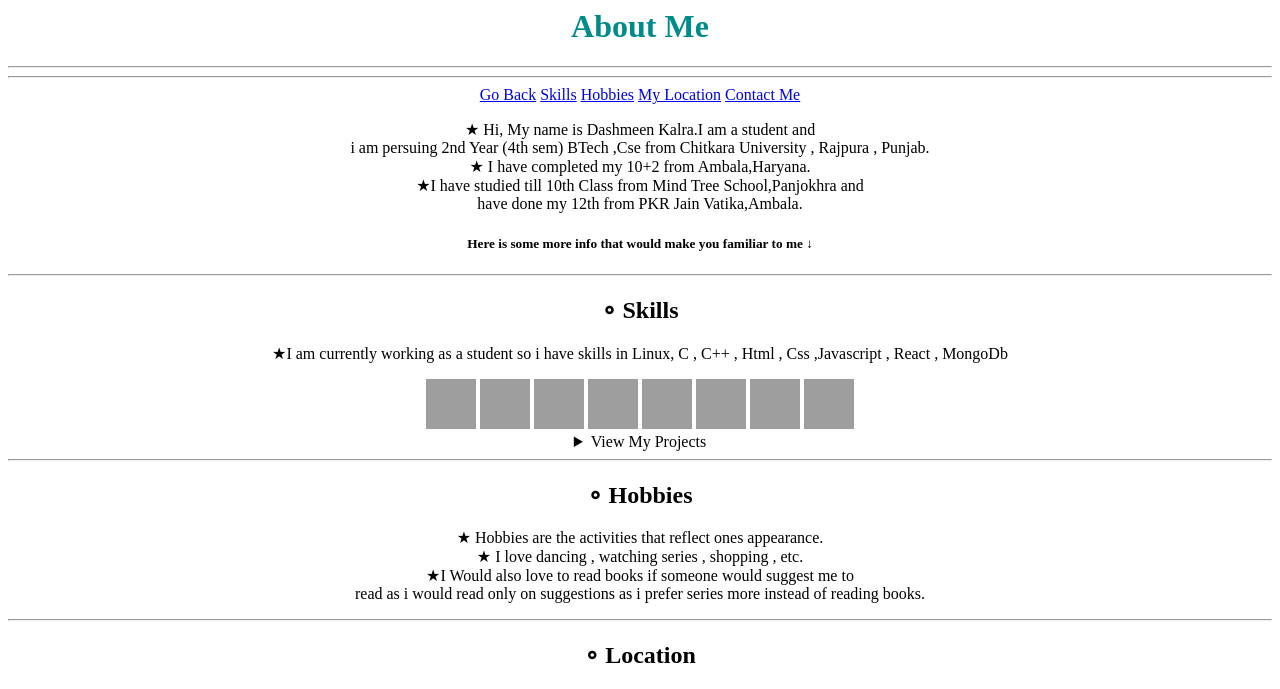
Repository: dashmeenkalra/dashmeen_kalra
Page: first.html
The author's editor kept a copy of each file at every save. The page is drawn from the files as they stood at one save, then again after the next save.
The browser window is 1280 px wide. The pictures show the part of the page from y = 0 to 689 px (the page is 1207 px tall).
Pictures or frames that could not be fetched are drawn as grey boxes.

Above is the page before, as saved 2023-02-22 20:24:38.

After the next save:
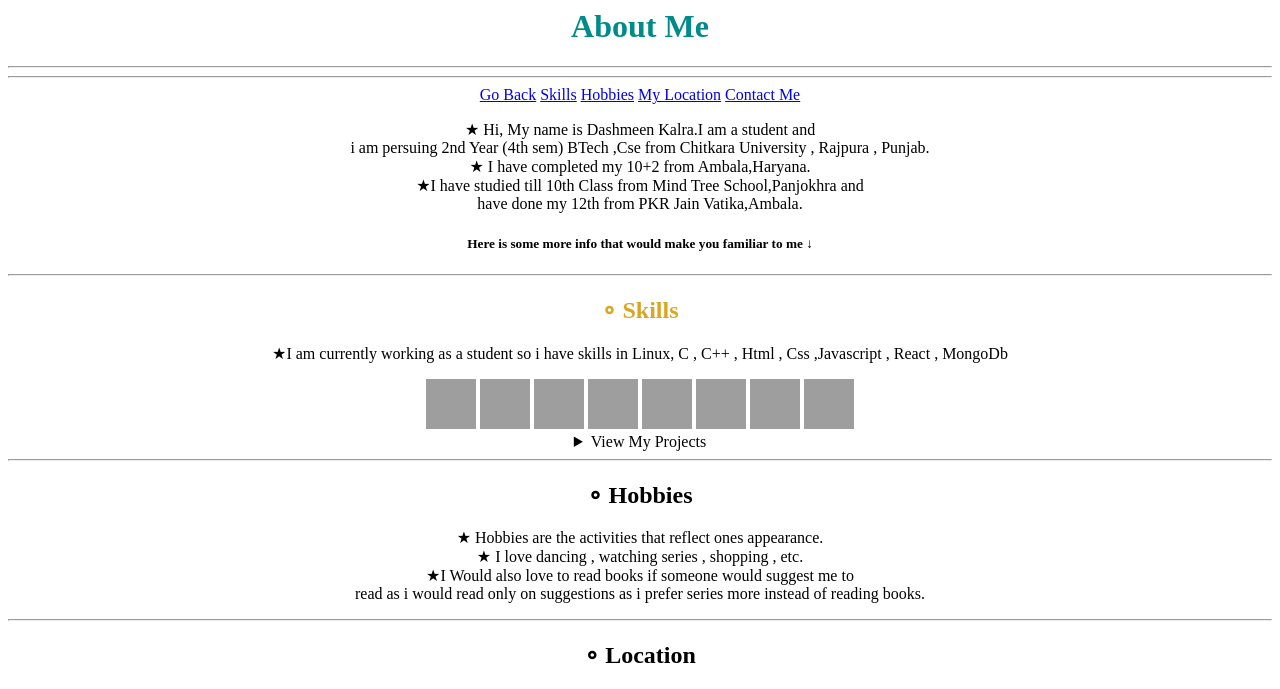
Saved 13 s later.
--- a/first.html
+++ b/first.html
@@ -28,7 +28,7 @@
     </body>
         <center>
             <div id="skills">
-            <h2 style="color:  ;">
+            <h2 style="color: goldenrod ;">
                 &SmallCircle; Skills
             </h2>
             <p>&bigstar;I am currently working as a student so i have skills in Linux, C , C++ , Html , Css ,Javascript , React , MongoDb</p>
